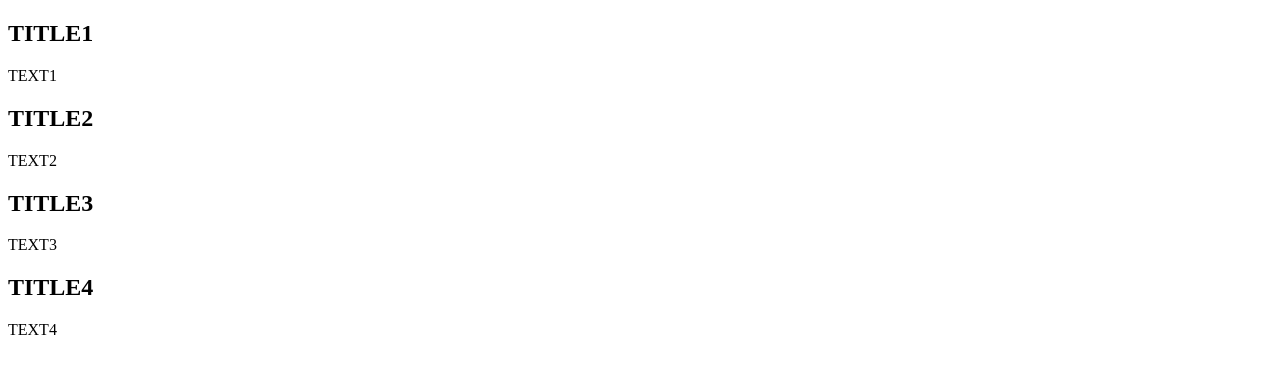
Repository: lixinso/html5
Page: workspace/CSS3/WebContent/selector/selector_checked.html
An editor plug-in stored every save of this project. The page is shown before and after the next save, followed by the edit.
The browser window is 1280 px wide. The pictures show the whole page.

Above is the page before, as saved 2011-05-27 14:52:17.

After the next save:
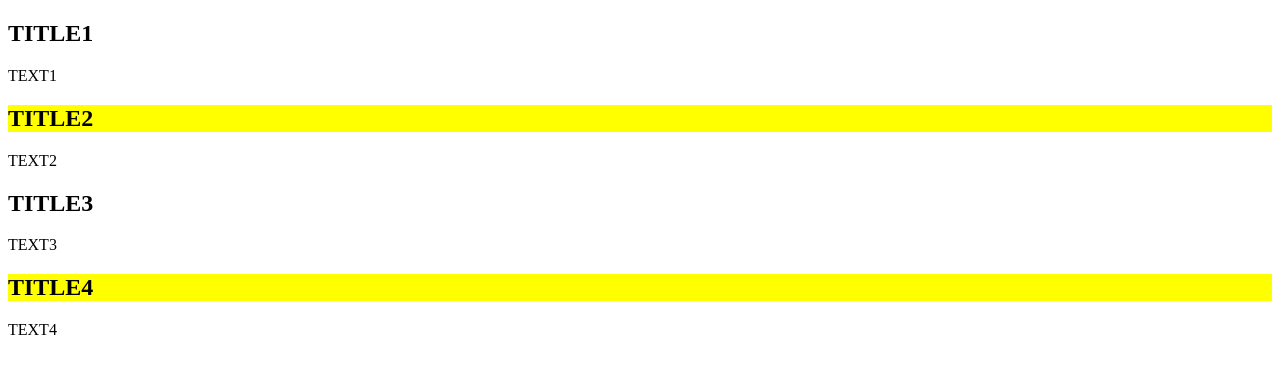
Saved 34 s later.
--- a/workspace/CSS3/WebContent/selector/selector_checked.html
+++ b/workspace/CSS3/WebContent/selector/selector_checked.html
@@ -5,7 +5,7 @@
 <meta http-equiv="Content-Type" content="text/html; charset=UTF-8" />
 <title>Insert title here</title>
 <style type="text/css">
-	li:nth-of-type(even){background-color: yellow;}
+	h2:nth-of-type(even){background-color: yellow;}
 	li:nth-of-type(odd){background-color: green;}
 </style>
 </head>
